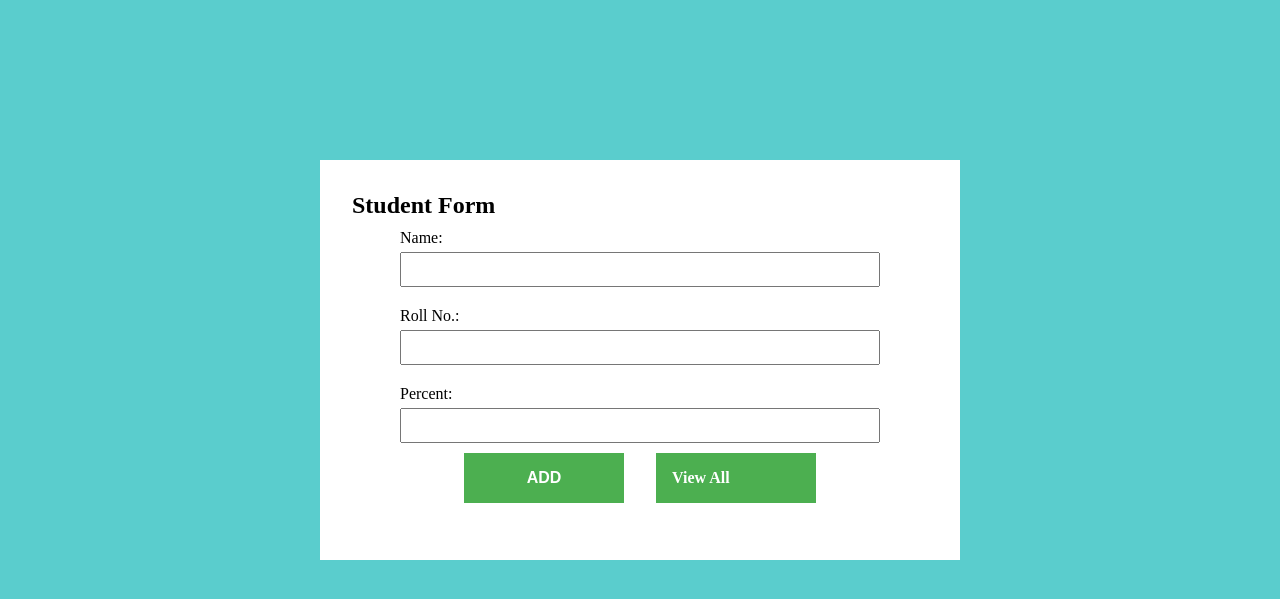
Repository: deeptimahisare1206/Todo_List
Page: http://localhost/Hib_Nest/
An editor plug-in stored every save of this project. The page is shown before and after the next save, followed by the edit.
The browser window is 1280 px wide. The pictures show the whole page.
The page is served by Tomcat 10.

Above is the page before, as saved 2024-11-17 16:14:59.

After the next save:
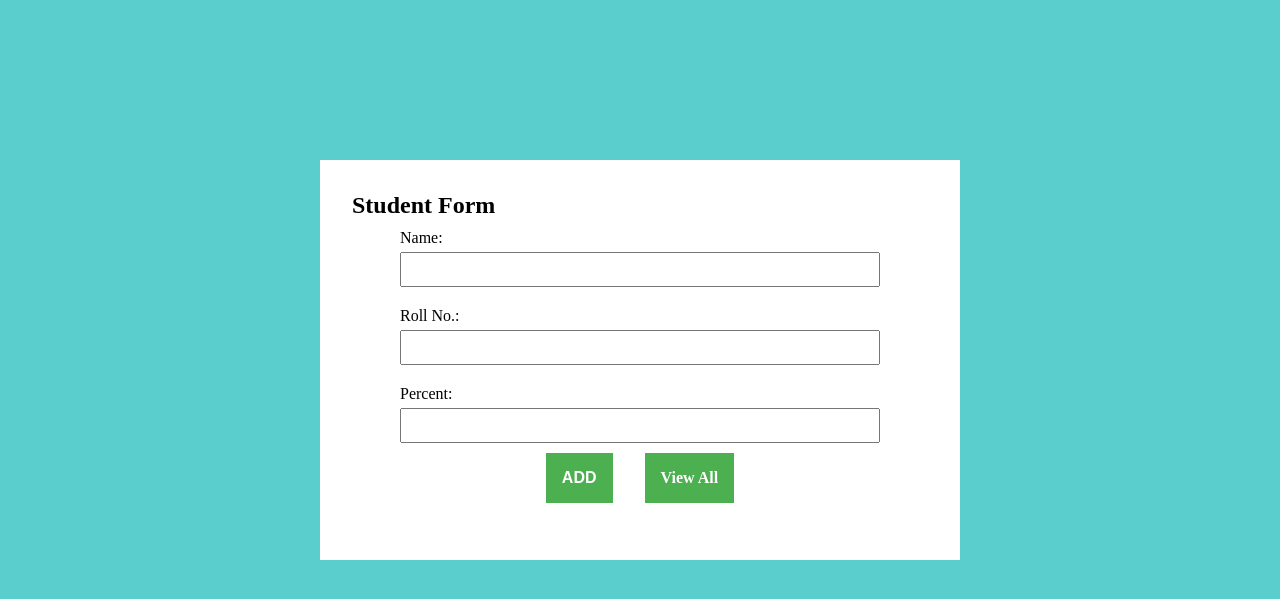
Saved 52 s later.
--- a/Hib_Nest/src/main/webapp/index.jsp
+++ b/Hib_Nest/src/main/webapp/index.jsp
@@ -50,7 +50,6 @@ input[type="submit"] ,a{
     border: none;
     cursor: pointer;
     text-decoration: none;
-    width:10rem;
 }
 
 input[type="submit"]:hover {
